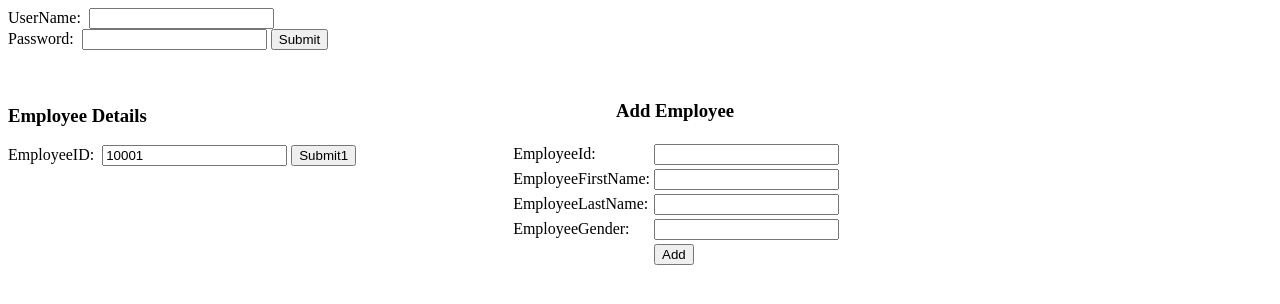
Repository: sandeep27y/MavenWebAppMultiModule-Servlets
Page: http://localhost/EmployeeApplication/LogIn.jsp
An editor plug-in stored every save of this project. The page is shown before and after the next save, followed by the edit.
The browser window is 1280 px wide. The pictures show the whole page.
The page is served by Tomcat 9.

Above is the page before, as saved 2017-06-10 20:14:00.

After the next save:
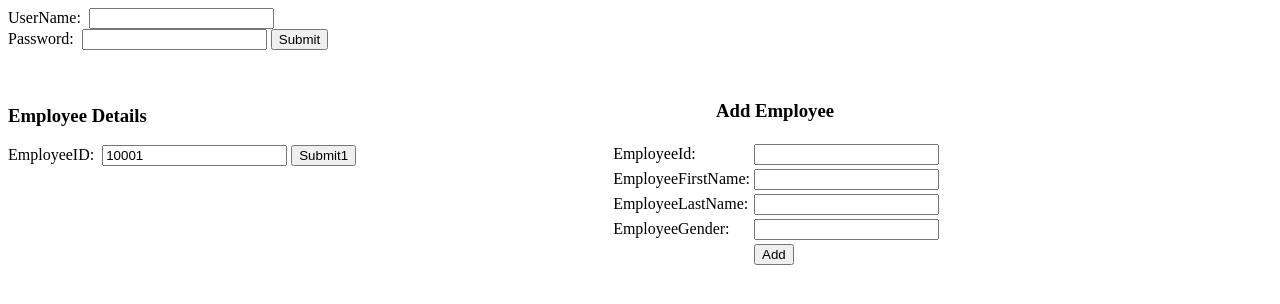
Saved 14 s later.
--- a/MavenWebAppMultiModule-Servlets/EmployeeMultiModule/EmployeeApplication/src/main/webapp/LogIn.jsp
+++ b/MavenWebAppMultiModule-Servlets/EmployeeMultiModule/EmployeeApplication/src/main/webapp/LogIn.jsp
@@ -20,7 +20,7 @@ EmployeeID: &nbsp;<input type="text" name="employeeId" value="10001">
 <input type="Submit" value="Submit1"><br>
 </form>
 </div>
-<div align="right" style="margin-top: -85px; margin-right: 430px">
+<div align="right" style="margin-top: -85px; margin-right: 330px">
 <form action="/EmployeeApplication/add" method="post">
 <h3 style="margin-right: 108px">Add Employee</h3>
 <table>
